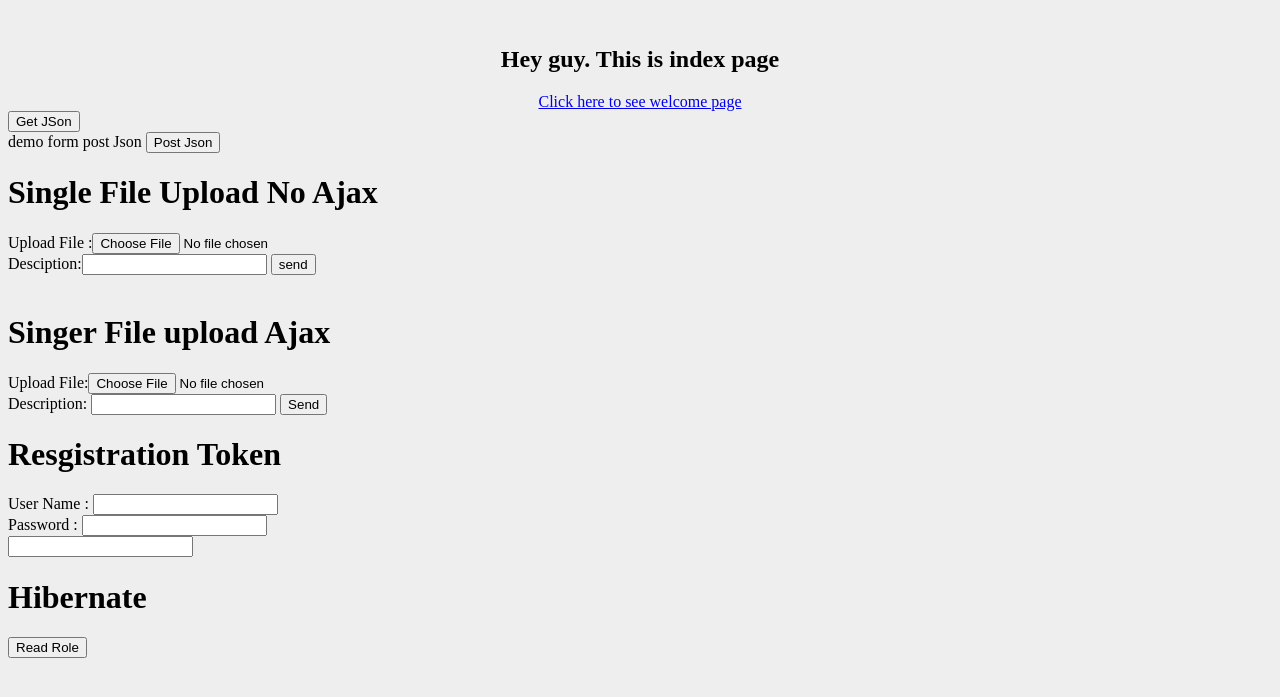
Repository: LeHaTrang1610/Hoc2017
Page: http://localhost/springmvctutorial/
These files come from the project's save history. The page is drawn as it stood at one moment and after the next save; the edit follows.
The browser window is 1280 px wide. The pictures show the whole page.
Some web libraries are served in a nearby version. The page is served by Tomcat 9.

Above is the page before, as saved 2017-01-02 03:28:14.

After the next save:
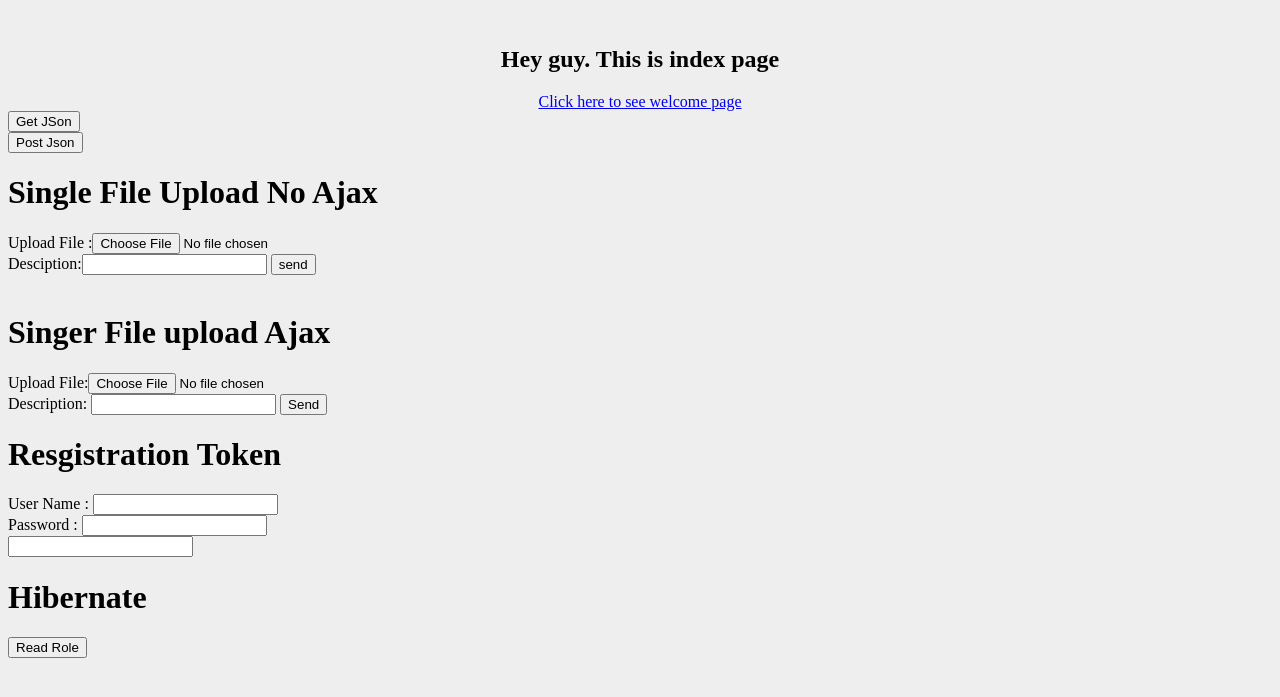
Saved 79 s later.
--- a/javaWeb/springmvctutorial/WebContent/index.jsp
+++ b/javaWeb/springmvctutorial/WebContent/index.jsp
@@ -127,8 +127,10 @@ $(document).ready(function(){
 	<!-- demo form json -->
 	<button id ="btnGetJson">Get JSon</button></br/>
 
-	demo form post Json
+	<!-- demo form post Json -->
 	<button id ="btnPostJson">Post Json</button><br>
+
+
 	<!-- Singer file upload no ajax -->
 	<h1>Single File Upload No Ajax</h1>
 	<form method ="POST" enxtype ="multipart/form-data" action ="upload-file-no-ajax">
